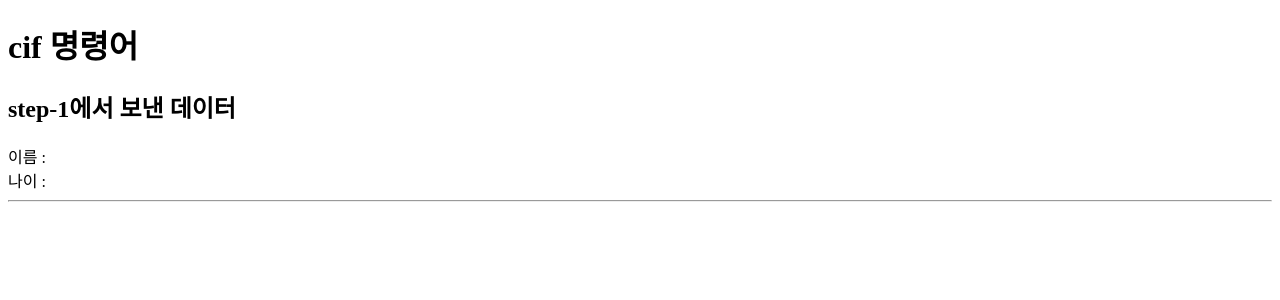
Repository: gajami-kim/240430_JSPJSTL_Study
Page: http://localhost/jstl_study/step-2.jsp
An editor plug-in stored every save of this project. The page is shown before and after a run of saves, followed by the edit.
The browser window is 1280 px wide. The pictures show the whole page.
The page is served by Tomcat 9. Other server files are loaded and not shown.

Above is the page before, as saved 2024-04-11 02:57:54.

### _jspl_workspace/jstl_study/src/main/webapp/step-2.jsp
<%@ page language="java" contentType="text/html; charset=UTF-8"
    pageEncoding="UTF-8"%>
    <%@ taglib uri="http://java.sun.com/jsp/jstl/core" prefix="c" %>
<!DOCTYPE html>
<html>
<head>
<meta charset="UTF-8">
<title>Insert title here</title>
</head>
<body>
	<!-- 코어를 사용하는 if문 -> cif -->
	<h1>cif 명령어</h1>
	<!-- query String에서 보낸 데이터 받기 (param.key)-->

	<h2>step-1에서 보낸 데이터</h2>
	이름 : ${param.name } <br>
	나이 : ${param.age } <br>

	<hr>

	<c:if test="false">
		<h2>true일 때 실행되는 명령어</h2>
	</c:if>

	<c:if test="${param.age <=18 }">
		<h2>${param.name }은 미성년자 입니다.</h2>
	</c:if>
</body>
</html>

After the next 2 saves:
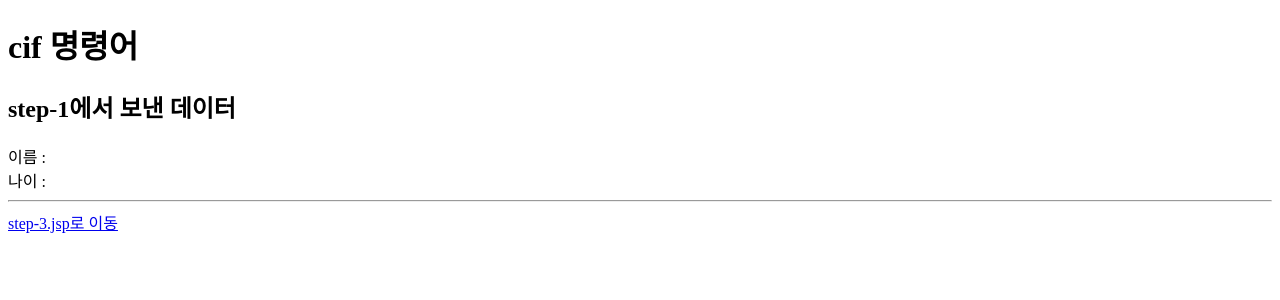
The 2 saves are shown as one change because they came seconds apart.
The last was saved 2 min 46 s later.
--- a/_jspl_workspace/jstl_study/src/main/webapp/step-2.jsp
+++ b/_jspl_workspace/jstl_study/src/main/webapp/step-2.jsp
@@ -25,5 +25,8 @@
 	<c:if test="${param.age <=18 }">
 		<h2>${param.name }은 미성년자 입니다.</h2>
 	</c:if>
+
+	<!-- query String 방식으로 name=과일이름&address=원산지 -->
+	<a href="step-3.jsp?name=귤&address=제주">step-3.jsp로 이동</a>
 </body>
 </html>
